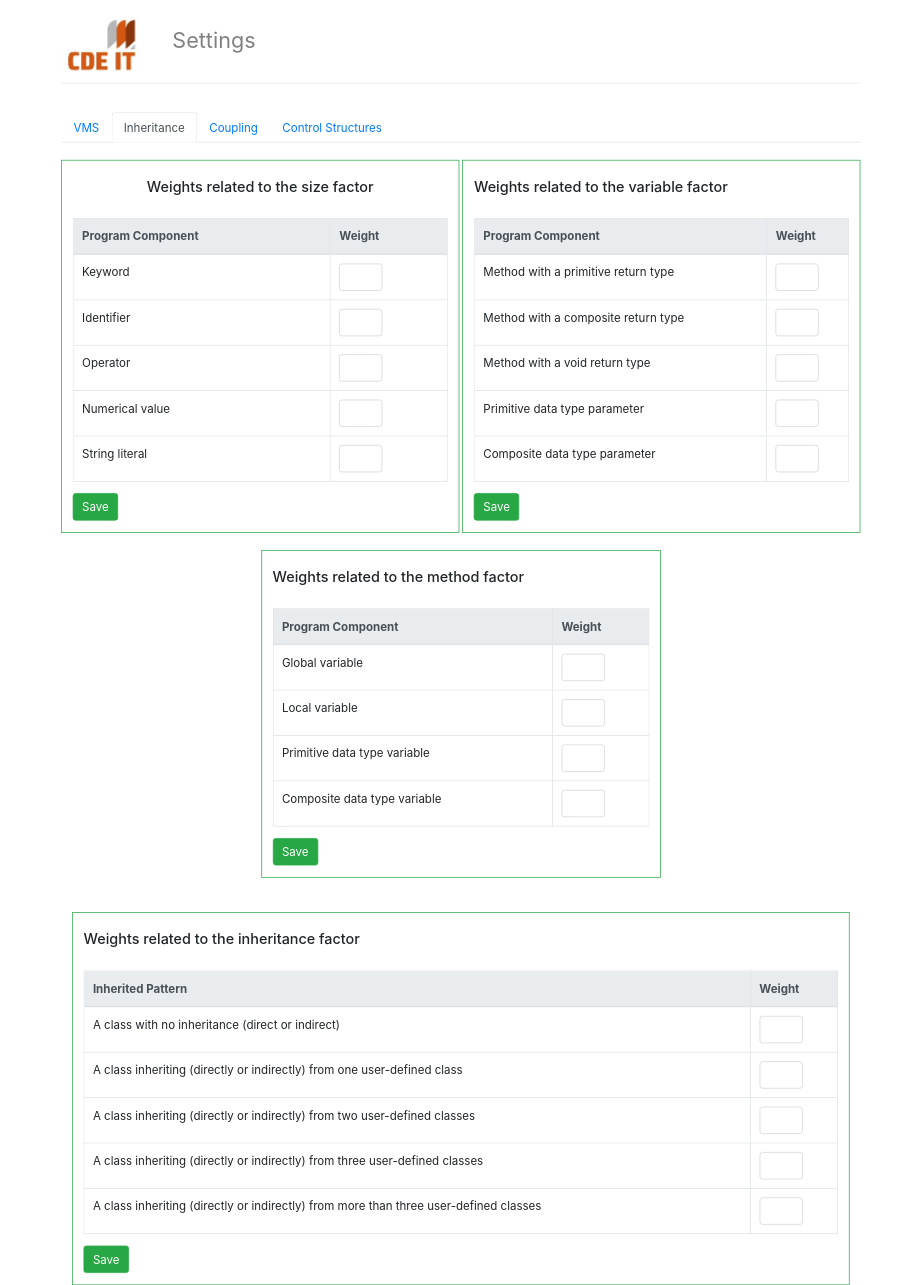
Repository: JudeAshan98/ITPM
Page: http://localhost/CDE_IT/views/settings.jsp
These files come from the project's save history. The page is drawn as it stood at one moment and after the next save; the edit follows.
The browser window is 1280 px wide. The pictures show the whole page, at 72% of full size.
The page is served by Tomcat 9.

Above is the page before, as saved 2020-03-01 17:13:06.

After the next save:
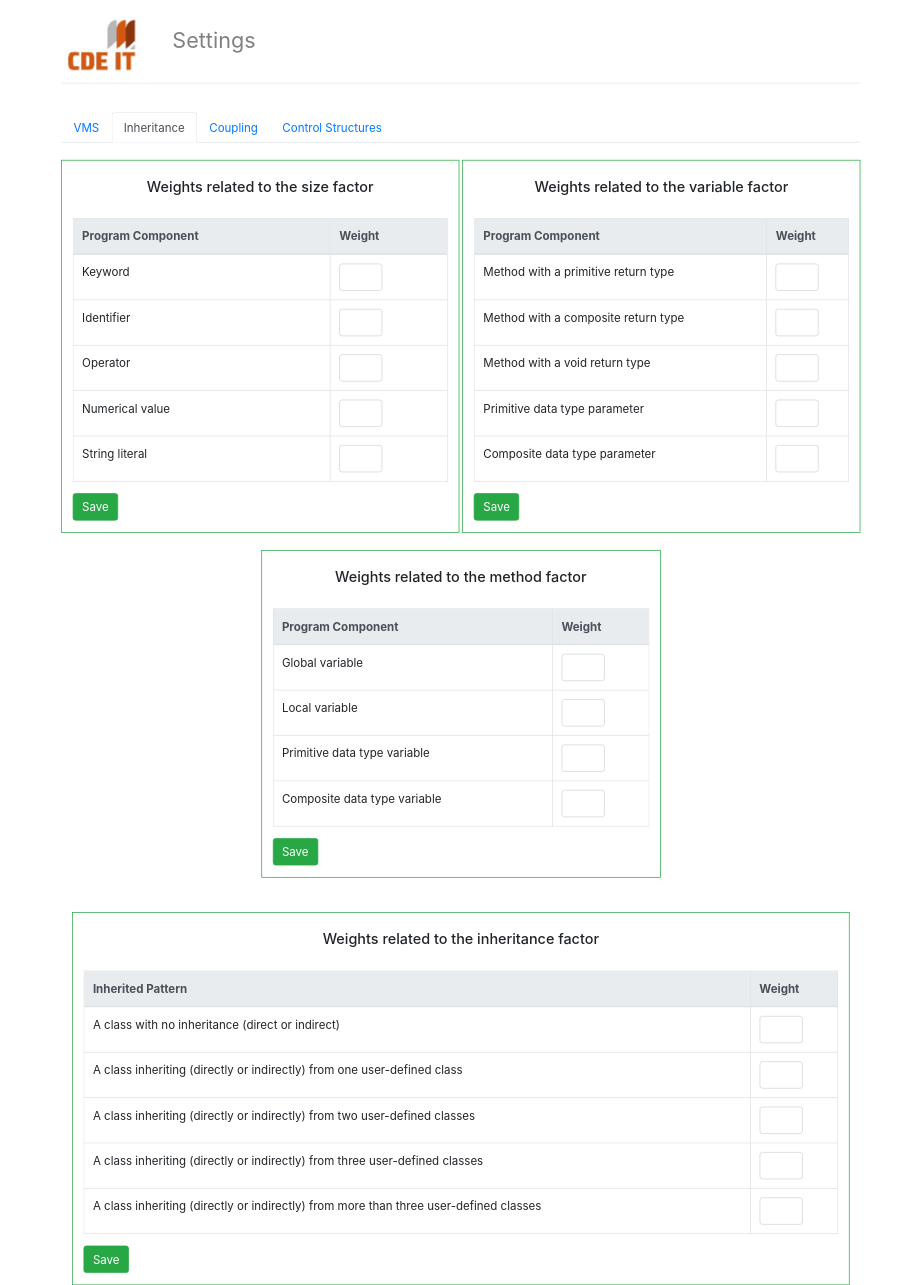
Saved 57 s later.
--- a/CDE_IT/WebContent/views/settings.jsp
+++ b/CDE_IT/WebContent/views/settings.jsp
@@ -83,7 +83,7 @@
 					&nbsp
 					<div class="col-sm border border-success">
 						<br>
-						<h5>Weights related to the variable factor</h5>
+						<h5 align="center">Weights related to the variable factor</h5>
 						<div class="table-responsive">
 							<br>
 							<table class="table table-bordered">
@@ -126,7 +126,7 @@
 				<div class="row justify-content-md-center">
 					<div class="col-md-6 border border-success">
 						<br>
-						<h5>Weights related to the method factor</h5>
+						<h5 align="center">Weights related to the method factor</h5>
 						<div class="table-responsive">
 							<br>
 							<table class="table table-bordered">
@@ -166,7 +166,7 @@
 				<br>
 				<div class="col-sm border border-success">
 					<br>
-					<h5>Weights related to the inheritance factor</h5>
+					<h5 align="center">Weights related to the inheritance factor</h5>
 					<div class="table-responsive">
 						<br>
 						<table class="table table-bordered">
@@ -208,7 +208,7 @@
 				<br>
 				<div class="col-sm border border-success">
 					<br>
-					<h5>Weights related to the coupling factor</h5>
+					<h5 align="center">Weights related to the coupling factor</h5>
 					<div class="table-responsive">
 						<br>
 						<table class="table table-bordered">
@@ -282,7 +282,7 @@
 				<br>
 				<div class="col-sm border border-success">
 					<br>
-					<h5>Weights related to the control structure factor</h5>
+					<h5 align="center">Weights related to the control structure factor</h5>
 					<div class="table-responsive">
 						<br>
 						<table class="table table-bordered">
